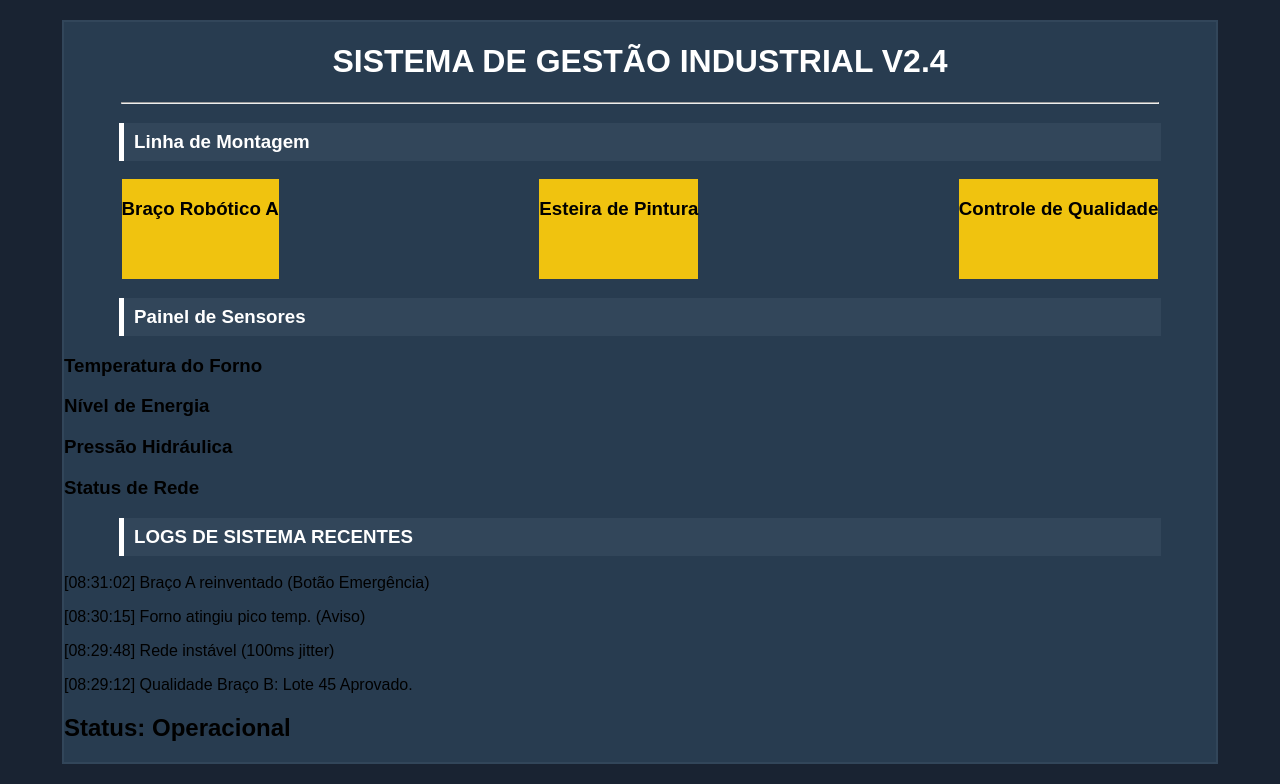
Repository: DanielEDapper/Front-WEG
Page: ProfeIgor/Aula5 - Dashboard Industrial/index.html
These files come from the project's save history. The page is drawn as it stood at one moment and after a run of saves; the edit follows.
The browser window is 1280 px wide. The pictures show the whole page.
Some icons come from a web library that is not loaded, so they are not drawn.

Above is the page before, as saved 2026-05-29 19:34:57.

### ProfeIgor/Aula5 - Dashboard Industrial/index.html
<!DOCTYPE html>
<html lang="en">
<head>
    <meta charset="UTF-8">
    <meta name="viewport" content="width=device-width, initial-scale=1.0">
    <link rel="stylesheet" href="style.css">
    <link rel='stylesheet' href='https://cdn-uicons.flaticon.com/4.0.0/uicons-bold-straight/css/uicons-bold-straight.css'>
    <title>Sistema de gestão Industrial</title>
</head>
<body>
    <div id="wrapper">
        <div id="header">
            <h1>SISTEMA DE GESTÃO INDUSTRIAL V2.4</h1>
        </div>
        <hr>
        <div id="main">
            <div class="container-main">

                <div class="titulo-sessao">
                    <h3>Linha de Montagem</h3>
                </div>
                <div class="container-montagem">
                    <div class="card">
                        <h3>Braço Robótico A</h3>
                        <i class="fi fi-bs-thumbtack"></i>
                    </div>
                    <div class="card">
                        <h3>Esteira de Pintura</h3>
                        <i class="fi fi-bs-arrow-right"></i>
                    </div>
                    <div class="card">
                        <h3>Controle de Qualidade</h3>
                        <i class="fi fi-bs-medal"></i>
                    </div>
                </div>


                <div class="titulo-sessao">
                    <h3>Painel de Sensores</h3>
                </div>
                <div class="container-sensores">
                    <div>
                        <h3>Temperatura do Forno</h3>
                        <i class="fi fi-bs-temperature-high"></i>
                    </div>
                    <div>
                        <h3>Nível de Energia</h3>
                        <i class="fi fi-bs-battery-half"></i>
                    </div>
                    <div>
                        <h3>Pressão Hidráulica</h3>
                        <i class="fi fi-bs-dashboard"></i>
                    </div>
                    <div>
                        <h3>Status de Rede</h3>
                        <i class="fi fi-bs-workflow-setting-alt"></i>
                    </div>
                </div>


                <div class="titulo-sessao">
                    <h3>LOGS DE SISTEMA RECENTES</h3>
                </div>
                <div class="container-logs">
                    <p>[08:31:02] Braço A reinventado (Botão Emergência)</p>
                    <p>[08:30:15] Forno atingiu pico temp. (Aviso)<p>
                    <p>[08:29:48] Rede instável (100ms jitter)</p>
                    <p>[08:29:12] Qualidade Braço B: Lote 45 Aprovado.</p>
                </div>
            </div>
        </div>
        <div id="footer">
            <h2>Status: Operacional</h2>
        </div>
    </div>
</body>
</html>

### ProfeIgor/Aula5 - Dashboard Industrial/style.css
:root{
    --bg-dark: #192332;
    --bg-main: #283C50;
    --bg-panel: #32465A;

    --warning: #F0C30F;
    --danger: #BE3728;
    --success: #2ECC71;

    --log-bg: #D2E6F5;

    --text: #FFFFFF;
    --text-secondary: #99A3AB;

    --accent-blue: #638CAB;
}

body{
    margin: 0;
    padding: 0;
    background-color: var(--bg-dark);
}

#wrapper{
    font-family: Arial, Helvetica, sans-serif;
    height: 90%;
    width: 90%;
    background-color: var(--bg-main);
    border: 2px solid var(--bg-panel);
    margin: 20px;
    justify-self: center;
}

#header{
    color: var(--text);
    text-align: center;
}

hr{
    width: 90%;
    font-weight: 400;
}

.titulo-sessao{
    background-color: var(--bg-panel);
    color: var(--text);
    width: 90%;
    justify-self: center;
    border-left: 5px solid var(--text);
}

.titulo-sessao h3{
    padding: 8px 0px 8px 10px;
}

.container-montagem{
    display: flex;
    width: 90%;
    justify-self: center;
    flex-basis: 400;
    height: 100px;
    justify-content: space-between;
    gap: 20px;
}

.card{
    background-color: var(--warning);
}

After the next 2 saves:
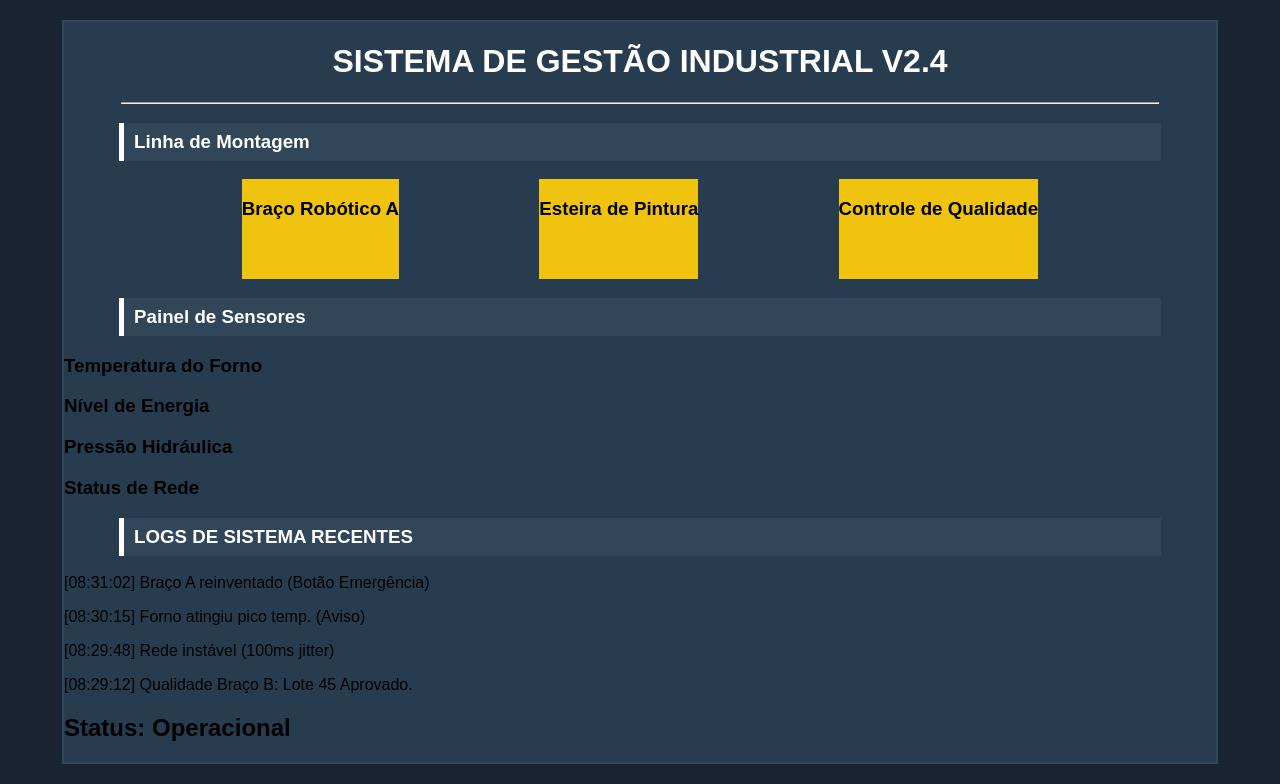
The 2 saves are shown as one change because they came seconds apart.
The last was saved 6 s later.
--- a/ProfeIgor/Aula5 - Dashboard Industrial/style.css
+++ b/ProfeIgor/Aula5 - Dashboard Industrial/style.css
@@ -59,7 +59,7 @@ hr{
     justify-self: center;
     flex-basis: 400;
     height: 100px;
-    justify-content: space-between;
+    justify-content: space-evenly;
     gap: 20px;
 }
 
